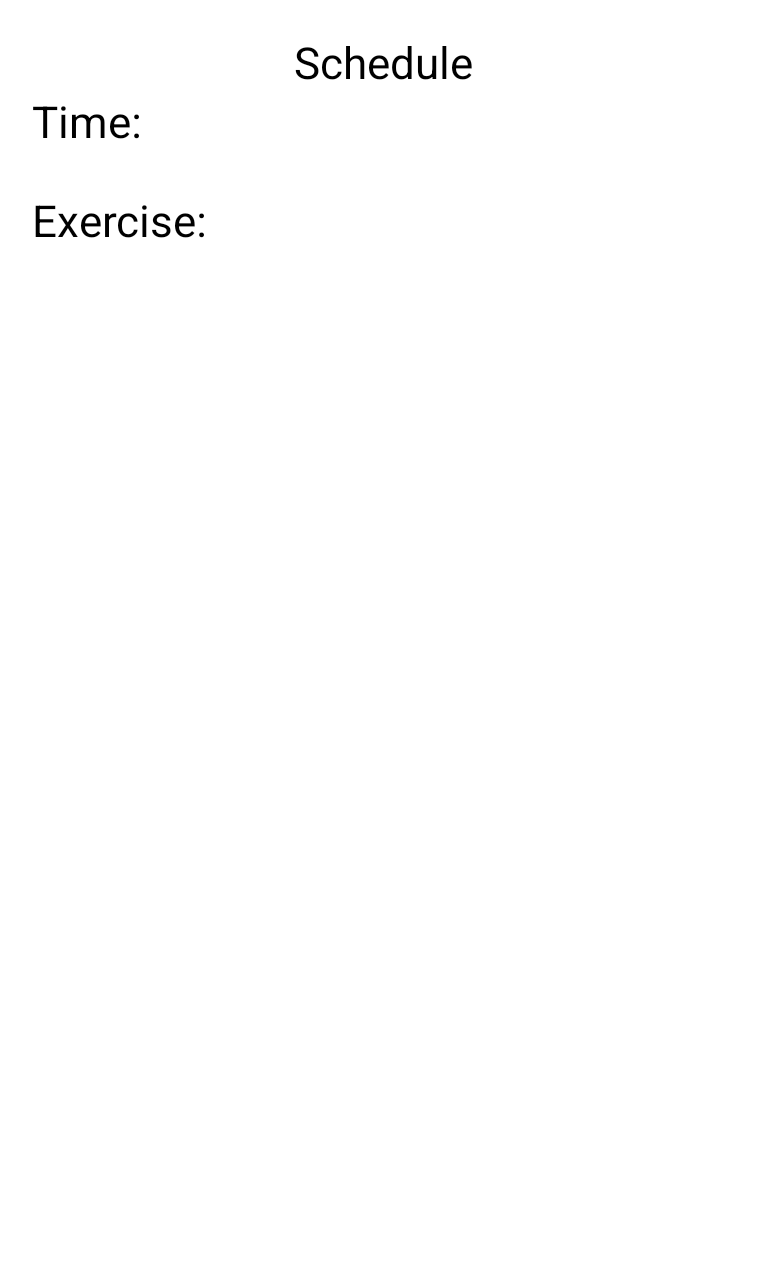
Repository: zi-yang-zhang/ECSE424-Group8
Layout: Hi Fi Prototype/ReHand/ReHand/res/layout/activity_schedule_page.xml
An editor plug-in stored every save of this project. The layout is shown before and after the next save, followed by the edit.
It is drawn on a 768 x 1280 px phone screen (xhdpi) without system bars, with theme AppTheme; the app's code is not run.

Above is the layout before, as saved 2014-02-20 04:53:57.

After the next save:
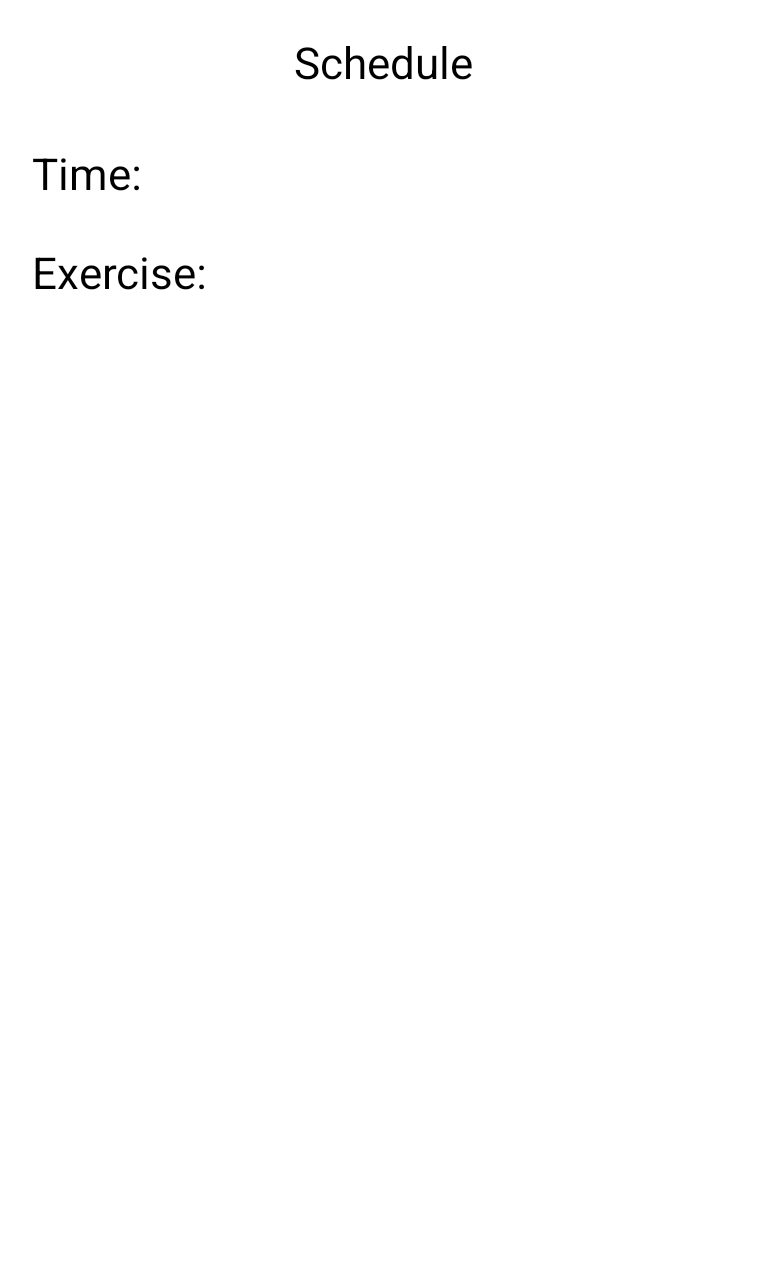
Saved 6 s later.
--- a/Hi Fi Prototype/ReHand/ReHand/res/layout/activity_schedule_page.xml
+++ b/Hi Fi Prototype/ReHand/ReHand/res/layout/activity_schedule_page.xml
@@ -18,15 +18,6 @@
         android:textAppearance="?android:attr/textAppearanceLarge" />
 
     <TextView
-        android:id="@+id/textView1"
-        android:layout_width="wrap_content"
-        android:layout_height="wrap_content"
-        android:layout_alignLeft="@+id/textView2"
-        android:layout_below="@+id/textView3"
-        android:text="@string/schedule_time"
-        android:textAppearance="?android:attr/textAppearanceLarge" />
-
-    <TextView
         android:id="@+id/textView2"
         android:layout_width="wrap_content"
         android:layout_height="wrap_content"
@@ -36,4 +27,14 @@
         android:text="@string/schedule_exercise"
         android:textAppearance="?android:attr/textAppearanceLarge" />
 
+    <TextView
+        android:id="@+id/textView1"
+        android:layout_width="wrap_content"
+        android:layout_height="wrap_content"
+        android:layout_alignLeft="@+id/textView2"
+        android:layout_below="@+id/textView3"
+        android:layout_marginTop="26dp"
+        android:text="@string/schedule_time"
+        android:textAppearance="?android:attr/textAppearanceLarge" />
+
 </RelativeLayout>
